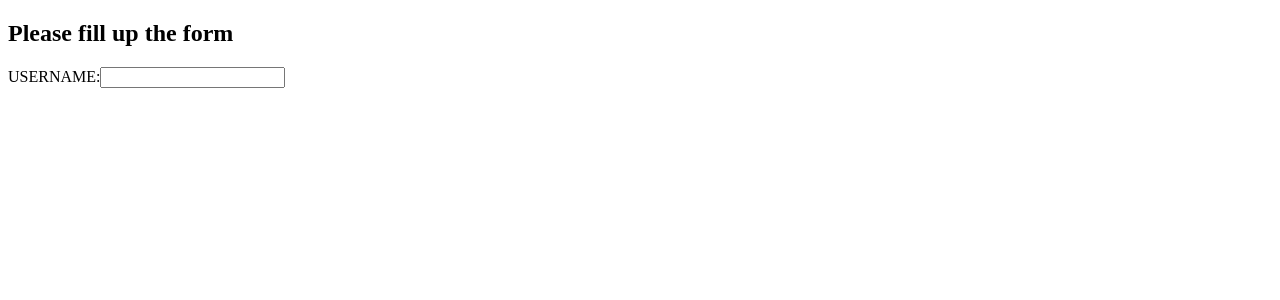
Repository: ShashantNagpure/AllProjects
Page: MyApplication/WebContent/form.html
An editor plug-in stored every save of this project. The page is shown before and after a run of saves, followed by the edit.
The browser window is 1280 px wide. The pictures show the whole page.

Above is the page before, as saved 2018-09-17 11:16:13.

After the next 2 saves:
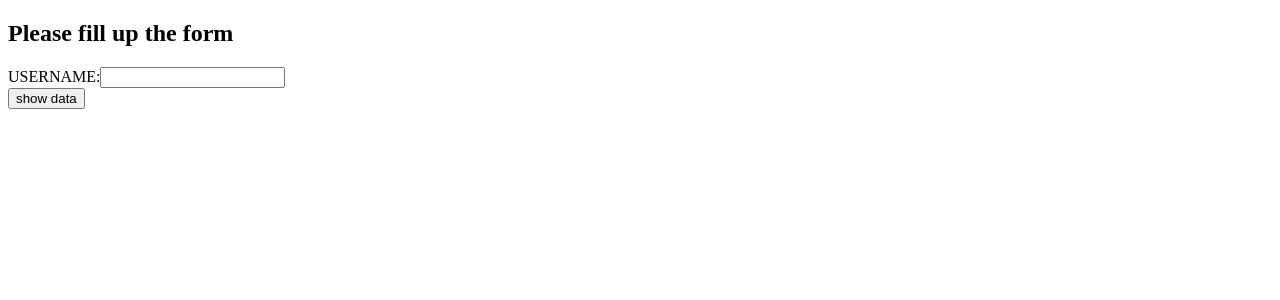
The 2 saves are shown as one change because they came seconds apart.
The last was saved 26 s later.
--- a/MyApplication/WebContent/form.html
+++ b/MyApplication/WebContent/form.html
@@ -8,8 +8,7 @@
 <H2>Please fill up the form</H2>
 <form action="mydata" method="post">
 USERNAME:<input type="text" name="username"><br>
-
-
+<input type="submit" value="show data">
 </form>
 </body>
 </html>
